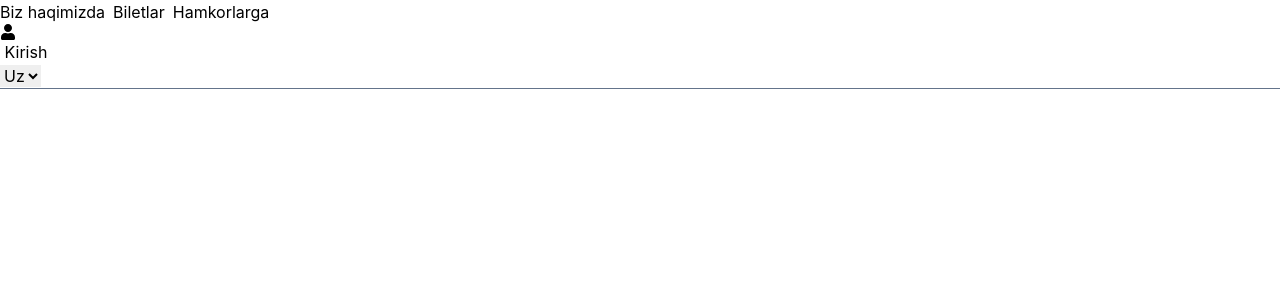
Repository: ziyodbek0300/avia-sales_
Page: /
An editor plug-in stored every save of this project. The page is shown before and after the next save, followed by the edit.
The browser window is 1280 px wide. The pictures show the whole page.
The project was rebuilt for these pictures with package versions that can differ from the ones it lists, and the page was loaded fresh each time.

Above is the page before, as saved 2022-06-01 23:55:06.

### src/index.js
import React from 'react';
import ReactDOM from 'react-dom/client';
import './index.scss';
import App from './App';
import { BrowserRouter } from 'react-router-dom';

const root = ReactDOM.createRoot(document.getElementById('root'));
root.render(
  <React.StrictMode>
    <BrowserRouter>
      <App />
    </BrowserRouter>
  </React.StrictMode>
)

### src/App.js
import { Route, Routes } from "react-router-dom";
import Navbar from "./components/navbar/Navbar";
import Home from "./containers/home/Home";

function App() {
  return (
    <div>
      <Navbar />
      <Routes>
        <Route path="/" element={<Home />} />
      </Routes>
    </div>
  );
}

export default App;

### src/components/navbar/Navbar.jsx
import React from 'react'
import { FaUser } from 'react-icons/fa';

function Navbar() {
  return (
    <nav className='border-b border-b-slate-500'>
        <div className="logo"></div>
        <ul className='flex gap-2'>
            <li>Biz haqimizda</li>
            <li>Biletlar</li>
            <li>Hamkorlarga</li>
        </ul>
        <ul>
            <li>
               <FaUser />&nbsp;Kirish
            </li>
            <li>
                <select name="lang" id="lang" className='border-slate-500'>
                    <option value="uz">Uz</option>
                    <option value="uz">Ru</option>
                    <option value="uz">En</option>
                </select>
            </li>
        </ul>
    </nav>
  )
}

export default Navbar

### src/containers/home/Home.jsx
import React from 'react'

function Home() {
  return (
    <div>
    </div>
  )
}

export default Home

Loaded but not shown: public/index.html (common file); src/index.scss (common file); tailwind.config.js (common file)

After the next save:
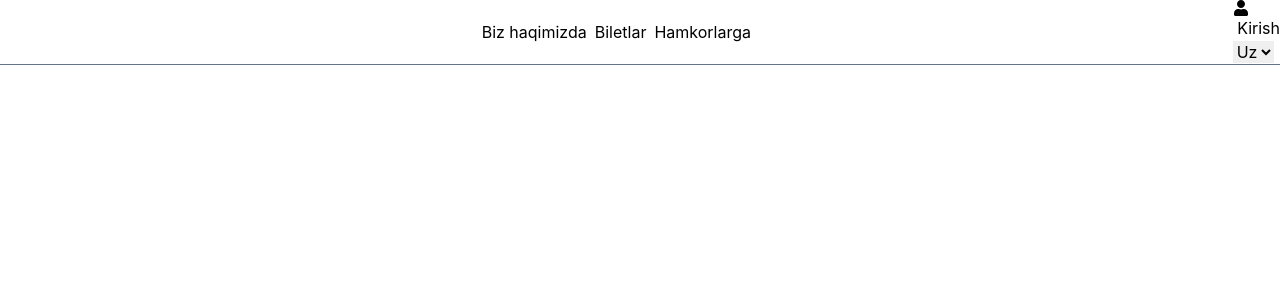
Saved 35 s later.
--- a/src/components/navbar/Navbar.jsx
+++ b/src/components/navbar/Navbar.jsx
@@ -3,7 +3,7 @@
 
 function Navbar() {
   return (
-    <nav className='border-b border-b-slate-500'>
+    <nav className='border-b border-b-slate-500 flex justify-between items-center'>
         <div className="logo"></div>
         <ul className='flex gap-2'>
             <li>Biz haqimizda</li>
